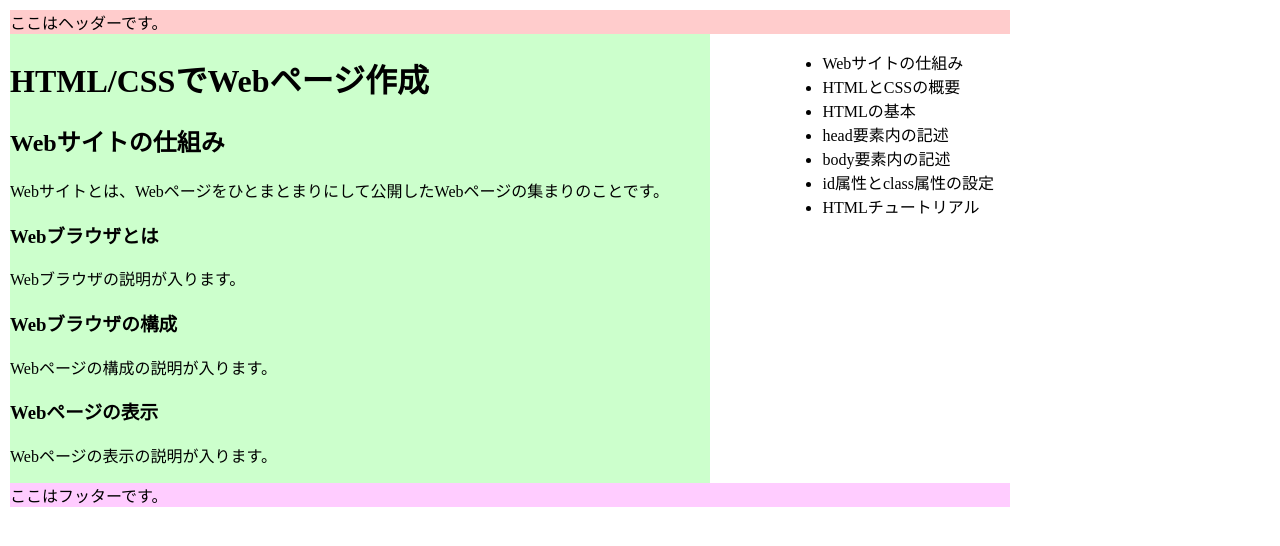
Repository: kazumasatomoto/kadai-tasklist-
Page: kadai-html.html
The author's editor kept a record of every edit. The page is drawn from the files as they stood at one moment, then again after the next edit.
The browser window is 1280 px wide. The pictures show the whole page.

Above is the page before.

After the next edit:
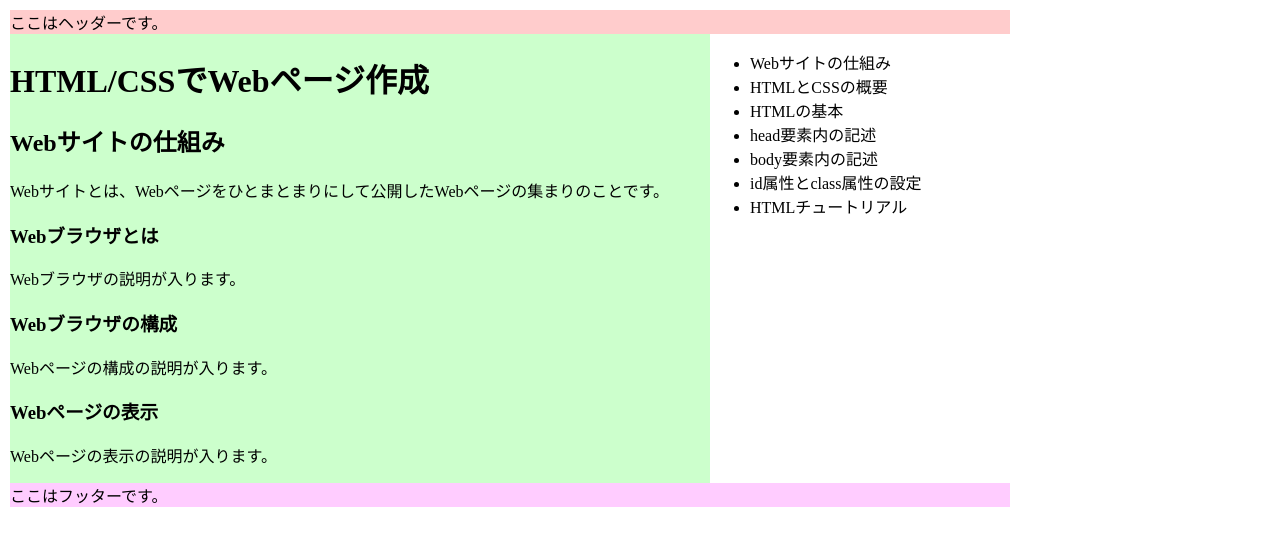
The edit:
--- a/kadai-css.css
+++ b/kadai-css.css
@@ -10,7 +10,7 @@
 #wrapper {
     width: 984px;
     display: flex;
-    justify-content: space-between;
+    justify-content: flex-start;
 }
 #main {
     width: 700px;
